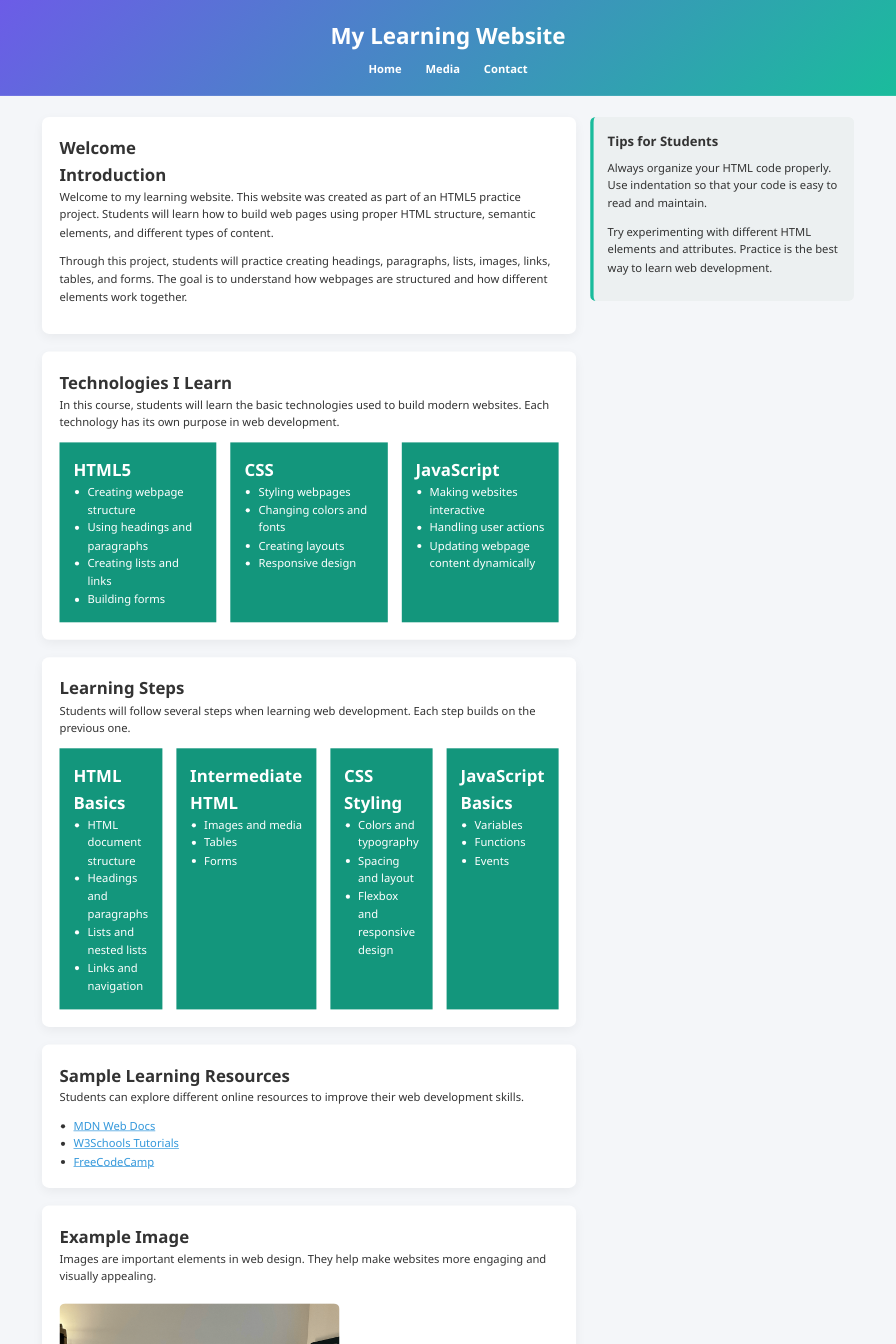
Repository: Than-sothearak/web_client_programing
Page: Week_03/index.html
The author's editor kept a copy of each file at every save. The page is drawn from the files as they stood at one save, then again after the next save.
The browser window is 1280 px wide. The pictures show the part of the page from y = 0 to 1920 px (the page is 2722 px tall before and 2406 px after), at 70% of full size.

Above is the page before, as saved 2026-03-24 21:57:55.

### Week_03/index.html
<!doctype html>
<html lang="en">
  <head>
    <meta charset="UTF-8" />
    <meta name="viewport" content="width=device-width, initial-scale=1.0" />
    <title>Week 3</title>
    <link rel="stylesheet" href="styles.css" />
  </head>
  <body>
    <header>
      <h1>My Learning Website</h1>

      <nav>
        <ul>
          <li><a href="index.html">Home</a></li>
          <li><a href="gallery.html">Media</a></li>
          <li><a href="contact.html">Contact</a></li>
        </ul>
      </nav>
    </header>

    <main class="container">
      <div>
        <section>
          <h2>Welcome</h2>

          <article>
            <h2>Introduction</h2>
            <p>
              Welcome to my learning website. This website was created as part
              of an HTML5 practice project. Students will learn how to build web
              pages using proper HTML structure, semantic elements, and
              different types of content.
            </p>

            <p>
              Through this project, students will practice creating headings,
              paragraphs, lists, images, links, tables, and forms. The goal is
              to understand how webpages are structured and how different
              elements work together.
            </p>
          </article>
        </section>

        <section>
          <h2>Technologies I Learn</h2>

          <p>
            In this course, students will learn the basic technologies used to
            build modern websites. Each technology has its own purpose in web
            development.
          </p>

          <ul class="card-container">
            <li class="card">
              <h2>HTML5</h2>
              <ul>
                <li>Creating webpage structure</li>
                <li>Using headings and paragraphs</li>
                <li>Creating lists and links</li>
                <li>Building forms</li>
              </ul>
            </li>

            <li class="card">
              <h2>CSS</h2>
              <ul>
                <li>Styling webpages</li>
                <li>Changing colors and fonts</li>
                <li>Creating layouts</li>
                <li>Responsive design</li>
              </ul>
            </li>

            <li class="card">
              <h2>JavaScript</h2>
              <ul>
                <li>Making websites interactive</li>
                <li>Handling user actions</li>
                <li>Updating webpage content dynamically</li>
              </ul>
            </li>
          </ul>
        </section>

        <section>
          <h2>Learning Steps</h2>

          <p>
            Students will follow several steps when learning web development.
            Each step builds on the previous one.
          </p>

          <ol class="card-container">
            <li class="card">
              <h2>HTML Basics</h2>
              <ul>
                <li>HTML document structure</li>
                <li>Headings and paragraphs</li>
                <li>Lists and nested lists</li>
                <li>Links and navigation</li>
              </ul>
            </li>

            <li class="card">
              <h2>Intermediate HTML</h2>
              <ul>
                <li>Images and media</li>
                <li>Tables</li>
                <li>Forms</li>
              </ul>
            </li>

            <li class="card">
              <h2>CSS Styling</h2>
              <ul>
                <li>Colors and typography</li>
                <li>Spacing and layout</li>
                <li>Flexbox and responsive design</li>
              </ul>
            </li>

            <li class="card">
              <h2>JavaScript Basics</h2>
              <ul>
                <li>Variables</li>
                <li>Functions</li>
                <li>Events</li>
              </ul>
            </li>
          </ol>
        </section>

        <section>
          <h2>Sample Learning Resources</h2>

          <p>
            Students can explore different online resources to improve their web
            development skills.
          </p>

          <ul>
            <li>
              <a href="https://developer.mozilla.org" target="_blank">
                MDN Web Docs
              </a>
            </li>

            <li>
              <a href="https://www.w3schools.com" target="_blank">
                W3Schools Tutorials
              </a>
            </li>

            <li>
              <a href="https://www.freecodecamp.org" target="_blank">
                FreeCodeCamp
              </a>
            </li>
          </ul>
        </section>

        <section>
          <h2>Example Image</h2>

          <p>
            Images are important elements in web design. They help make websites
            more engaging and visually appealing.
          </p>

          <img src="../images/computer.png" alt="Computer setup" width="400" />
        </section>

        <section>
          <h2>Example Table</h2>

          <p>
            Tables are useful for displaying structured information such as
            schedules, scores, or product lists.
          </p>

          <table>
            <tr>
              <th>Topic</th>
              <th>Description</th>
              <th>Difficulty</th>
            </tr>

            <tr>
              <td>HTML</td>
              <td>Structure of webpages</td>
              <td>Beginner</td>
            </tr>

            <tr>
              <td>CSS</td>
              <td>Styling webpages</td>
              <td>Beginner</td>
            </tr>

            <tr>
              <td>JavaScript</td>
              <td>Web interactivity</td>
              <td>Intermediate</td>
            </tr>
          </table>
        </section>
      </div>
      <aside>
        <h3>Tips for Students</h3>

        <p>
          Always organize your HTML code properly. Use indentation so that your
          code is easy to read and maintain.
        </p>

        <p>
          Try experimenting with different HTML elements and attributes.
          Practice is the best way to learn web development.
        </p>
      </aside>
    </main>
    <footer>
      <p>© 2026 Student Learning Website</p>
    </footer>
  </body>
</html>

### Week_03/styles.css
/* Reset basic spacing */

/* Reset */

* {
  margin: 0;
  padding: 0;
  box-sizing: border-box;
}

/* Body */

body {
  font-family: "Segoe UI", Arial, sans-serif;
  background: #f4f6f9;
  color: #333;
  line-height: 1.6;
}


/* Header */

header {
  background: linear-gradient(135deg, #6c5ce7, #1abc9c);
  color: white;
  padding: 25px 20px;
  text-align: center;
}

/* Navigation */

nav ul {
  list-style: none;
  margin-top: 10px;
}

nav ul li {
  display: inline-block;
  margin: 0 15px;
}

nav a {
  color: white;
  text-decoration: none;
  font-weight: 600;
  transition: 0.3s;
}

nav a:hover {
  color: #1abc9c;
}

/* Main container */

.container {
  display: flex;
   max-width: 1200px;
   gap: 20px;
  margin: auto;
  padding: 30px 20px;
}


/* Section cards */

section {
  background: white;
  padding: 25px;
  margin-bottom: 25px;
  border-radius: 10px;
  box-shadow: 0 5px 15px rgba(0, 0, 0, 0.05);
}

/* Headings */

h1 {
  font-size: 32px;
  margin-bottom: 10px;
}

h3 {
  margin-bottom: 10px;
}

/* Paragraph */

p {
  margin-bottom: 15px;
}

/* Lists */

.card-container {
  display: flex;
  gap: 20px;
  list-style: none;
}

.card-container li {
  margin-left: 0px;
}

.card {
  padding: 20px;
  color: white;
  width: 100%;
  background-color: #13967c;
}
.card li {
  margin-left: 20px;
}

li {
  margin-left: 20px;
  list-style: disc;
}

/* Links */

a {
  color: #3498db;
}

a:hover {
  text-decoration: underline;
}

/* Image styling */

img {
  max-width: 100%;
  height: auto;
  border-radius: 8px;
  margin-top: 10px;
}

/* Table */

table {
  width: 100%;
  border-collapse: collapse;
  margin-top: 10px;
}

th,
td {
  padding: 12px;
  text-align: left;
  border-bottom: 1px solid #ddd;
}

th {
  background: #1abc9c;
  color: white;
}

tr:hover {
  background: #f1f1f1;
}

/* Aside */

aside {
  background: #ecf0f1;
  height: 100%;
  padding: 20px;
  border-left: 5px solid #1abc9c;
  border-radius: 8px;
  margin-bottom: 25px;
}

/* Footer */

footer {
  text-align: center;
  background: #1abc9c;
  color: white;
  padding: 15px;
  margin-top: 20px;
}

/* Responsive Design */

@media (max-width: 768px) {
  nav ul li {
    display: block;
    margin: 10px 0;
  }

  main {
    padding: 20px 15px;
  }

  h1 {
    font-size: 26px;
  }
}

.images-gallery {
  width: 100%;
  display: flex;
  flex-wrap: wrap;
  gap: 20px;
}

.images-gallery figure {
  flex: 1 1 calc(50% - 20px);
}

.images-gallery img {
  width: 100%;
  height: auto;
}

figcaption {
  margin-top: 8px;
  font-size: 14px;
  color: #555;
}

@media (max-width: 768px) {
  .images-gallery {
    flex-direction: column;
    align-items: center;
  }
}

After the next save:
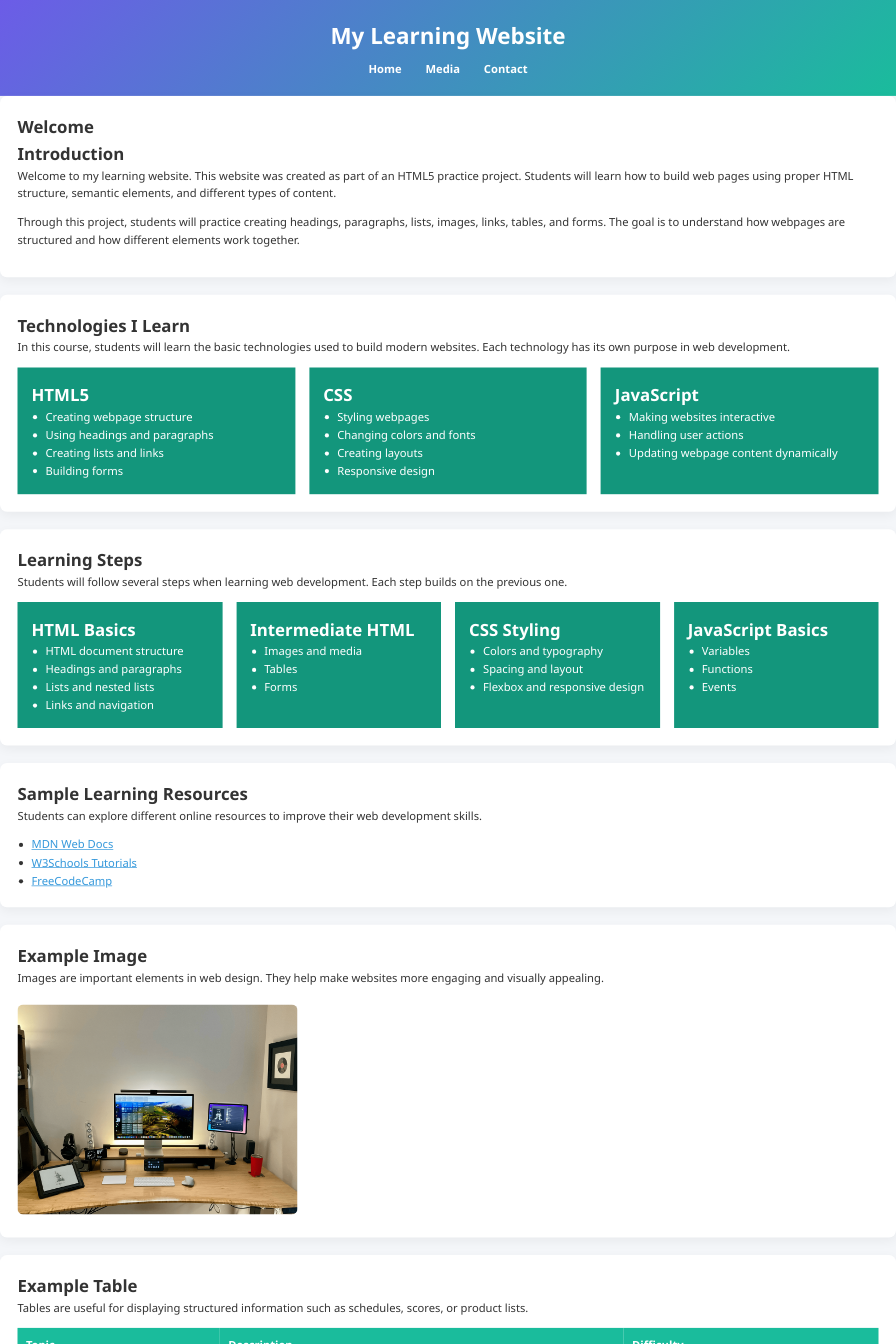
Saved 18 s later.
--- a/Week_03/index.html
+++ b/Week_03/index.html
@@ -19,7 +19,7 @@
       </nav>
     </header>
 
-    <main class="container">
+    <main>
       <div>
         <section>
           <h2>Welcome</h2>

After the save that followed:
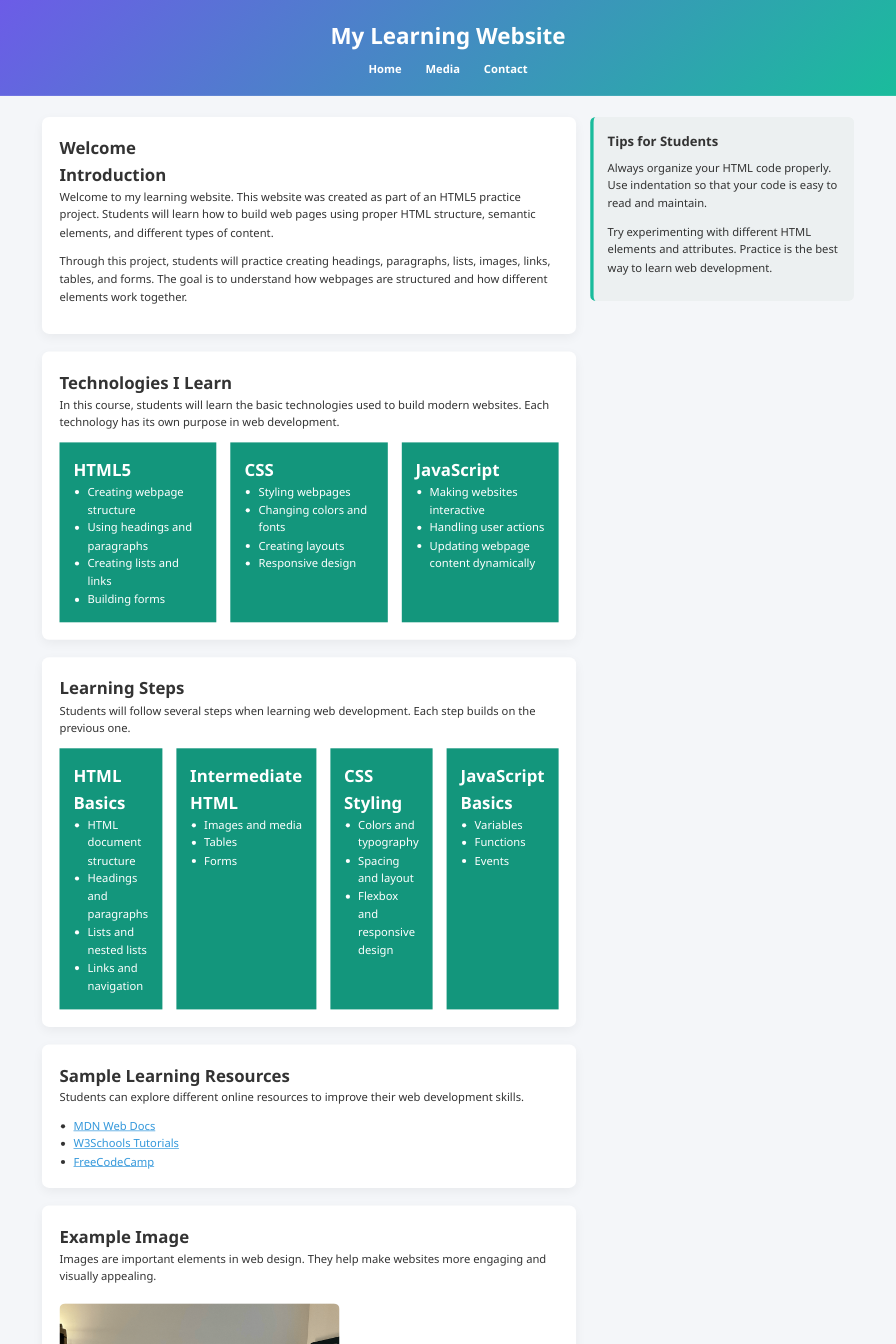
Saved 15 s later.
--- a/Week_03/styles.css
+++ b/Week_03/styles.css
@@ -52,7 +52,7 @@ nav a:hover {
 
 /* Main container */
 
-.container {
+main {
   display: flex;
    max-width: 1200px;
    gap: 20px;
